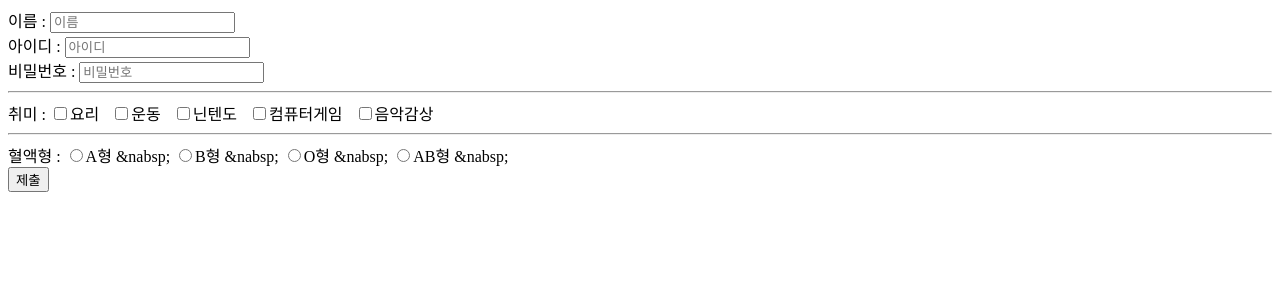
Repository: gowjd4419/jsp
Page: http://localhost/JSPBasic/jspobject/request/req_user_form.jsp
These files come from the project's save history. The page is drawn as it stood at one moment and after the next save; the edit follows.
The browser window is 1280 px wide. The pictures show the whole page.
The page is served by Tomcat 9.

Above is the page before, as saved 2022-03-25 11:05:05.

### JSPBasic/src/main/webapp/jspobject/request/req_user_form.jsp
<%@ page language="java" contentType="text/html; charset=UTF-8"
    pageEncoding="UTF-8"%>
<!DOCTYPE html>
<html>
<head>
<meta charset="UTF-8">
<title>Insert title here</title>
</head>
<body>
<%-- 현재 파일인 req_user_form.jsp에 폼 태그를 만들기
     목적지는 함께 req_user.jsp파일이고 post방식으로 데이터를 전달
     먼저 이름, 아이디, 비밀번호를 입력해 보낼 수 있는 input태그를 만들기
     각 태그의 name 속성은 uname,uid,upw 이다.
     데이터를 받아주는 req_user.jsp에서 한글이 깨지지 않도록 받아서 화면에 출력 --%>
 <form action = http://localhost:8181/JSPBasic/jspobject/request/req_user.jsp method="post">
      이름 : <input type = "text" name="uname" placeholder="이름"><br>
      아이디 : <input type = "text" name="uid" placeholder="아이디"><br><!-- placeholder적용시 회색으로 뭘 입력해야하는지 나옴 -->
      비밀번호 : <input type = "password" name="upw"placeholder="비밀번호"><br>
      <hr>

      취미 :
      <%--input 태그 내부에 value 값을 이용해 선택되었을때 전달될 데이터를 정할 수 있습니다. --%>
      <input type = "checkbox" name="hobby" value="요리">요리 &nbsp; <!-- name="hobby"까지만 적으면 취미:on / null 로만 뜸 value값을 주어야함 -->
      <input type = "checkbox" name="hobby" value="운동">운동 &nbsp;
      <input type = "checkbox" name="hobby" value="닌텐도">닌텐도 &nbsp;
      <input type = "checkbox" name="hobby" value="컴퓨터게임">컴퓨터게임 &nbsp;
      <input type = "checkbox" name="hobby" value="음악감상">음악감상 &nbsp;
      <hr>
      혈액형 :
      <input type="radio" name="blood" value="A">A형 &nabsp;
      <input type="radio" name="blood" value="A">B형 &nabsp;
      <input type="radio" name="blood" value="A">O형 &nabsp;
      <input type="radio" name="blood" value="A">AB형 &nabsp;

      <br>
      <input type="submit" value="제출">
</body>
</html>

After the next save:
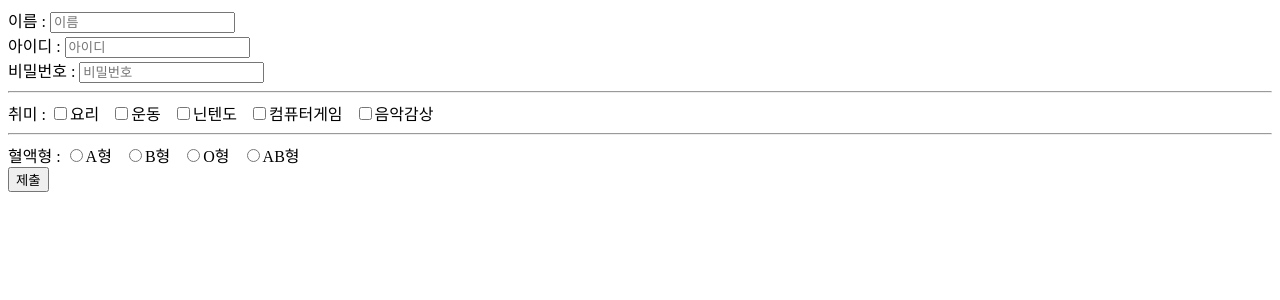
Saved 111 s later.
--- a/JSPBasic/src/main/webapp/jspobject/request/req_user_form.jsp
+++ b/JSPBasic/src/main/webapp/jspobject/request/req_user_form.jsp
@@ -27,10 +27,10 @@
       <input type = "checkbox" name="hobby" value="음악감상">음악감상 &nbsp;
       <hr>
       혈액형 :
-      <input type="radio" name="blood" value="A">A형 &nabsp;
-      <input type="radio" name="blood" value="A">B형 &nabsp;
-      <input type="radio" name="blood" value="A">O형 &nabsp;
-      <input type="radio" name="blood" value="A">AB형 &nabsp;
+      <input type="radio" name="blood" value="A">A형 &nbsp;
+      <input type="radio" name="blood" value="B">B형 &nbsp;
+      <input type="radio" name="blood" value="O">O형 &nbsp;
+      <input type="radio" name="blood" value="AB">AB형 &nbsp;
 
       <br>
       <input type="submit" value="제출">
